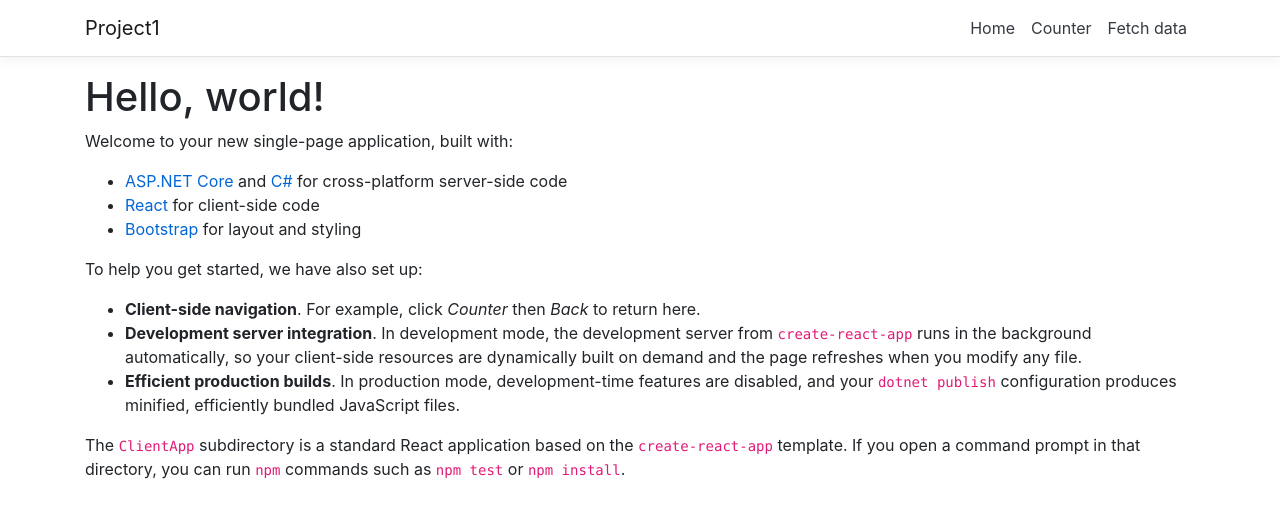
Repository: TownTowner/Hotel
Page: / (app in Hotel/ClientApp/)
These files come from the project's save history. The page is drawn as it stood at one moment and after a run of saves; the edit follows.
The browser window is 1280 px wide. The pictures show the whole page.
The project was rebuilt for these pictures with package versions that can differ from the ones it lists, and the page was loaded fresh each time. Also part of the build but not shown: Hotel/ClientApp/src/components/FetchData.js, Hotel/ClientApp/src/components/Counter.js, Hotel/ClientApp/src/components/temp/temp.tsx.

Above is the page before, as saved 2023-03-25 21:46:08.

After the next 2 saves:
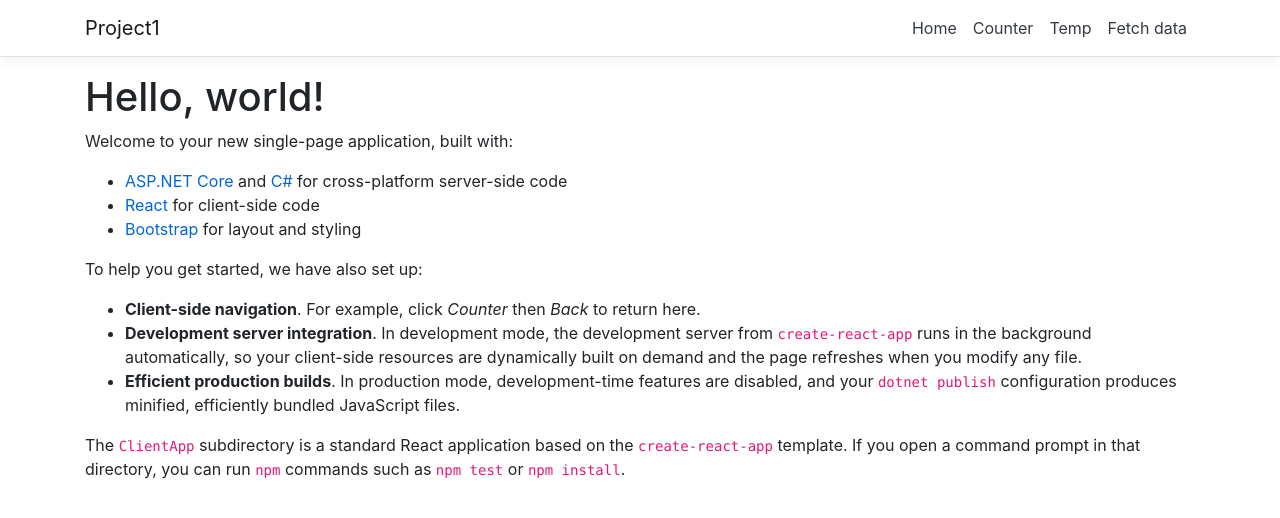
The 2 saves are shown as one change because 1 did not build or start.
The last was saved 89 s later.
--- a/Hotel/ClientApp/src/components/NavMenu.js
+++ b/Hotel/ClientApp/src/components/NavMenu.js
@@ -37,6 +37,9 @@ export class NavMenu extends Component {
                   <NavLink tag={Link} className="text-dark" to="/counter">Counter</NavLink>
                 </NavItem>
                 <NavItem>
+                  <NavLink tag={Link} className="text-dark" to="/temp">Temp</NavLink>
+                </NavItem>
+                <NavItem>
                   <NavLink tag={Link} className="text-dark" to="/fetch-data">Fetch data</NavLink>
                 </NavItem>
               </ul>
